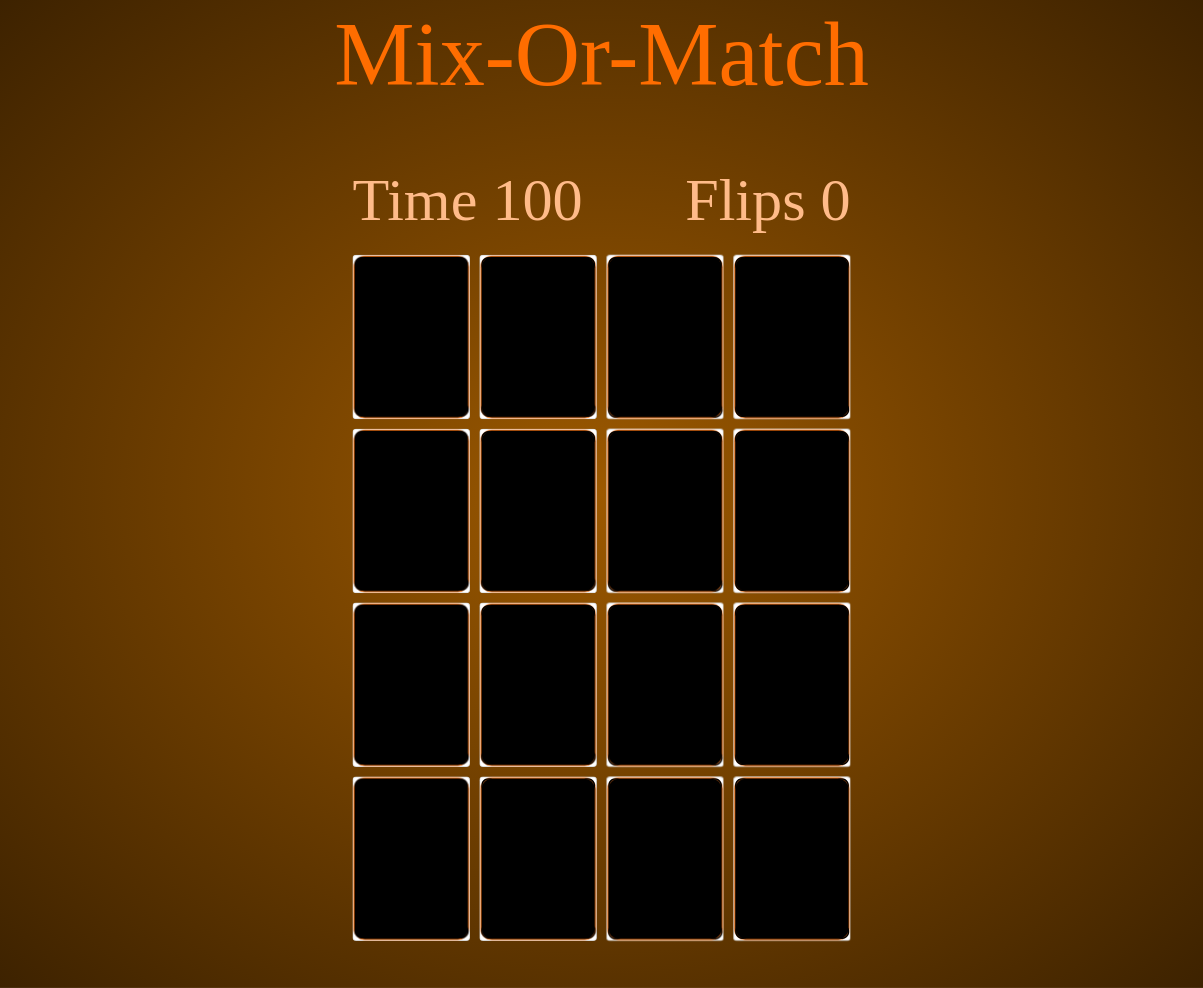
Repository: Code-Institute-Submissions/Memory-Game-7
Page: index.html
The author's editor kept a record of every edit. The page is drawn from the files as they stood at one moment, then again after the next edit.
The browser window is 1280 px wide. The pictures show the whole page, at 94% of full size.
Some web fonts or font styles are not loaded; a fallback is used. Some web libraries are served in a nearby version.

Above is the page before.

After the next edit:
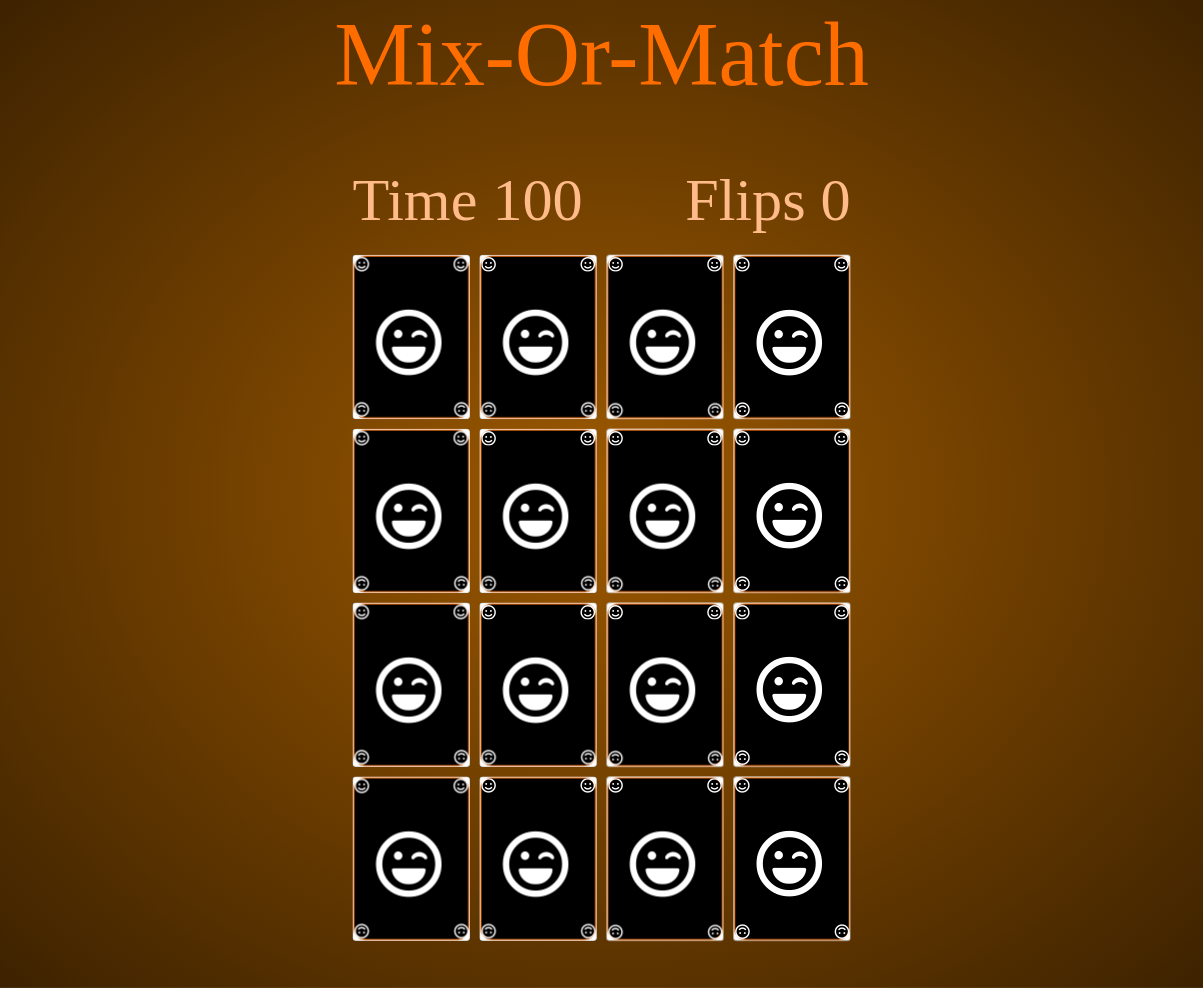
The edit:
--- a/assets/css/style.css
+++ b/assets/css/style.css
@@ -58,8 +58,8 @@
     width: 125px;
 }
 
-i{
-    color: #000;
+i {
+    color: #fff;
 }
 
 .card-face{
